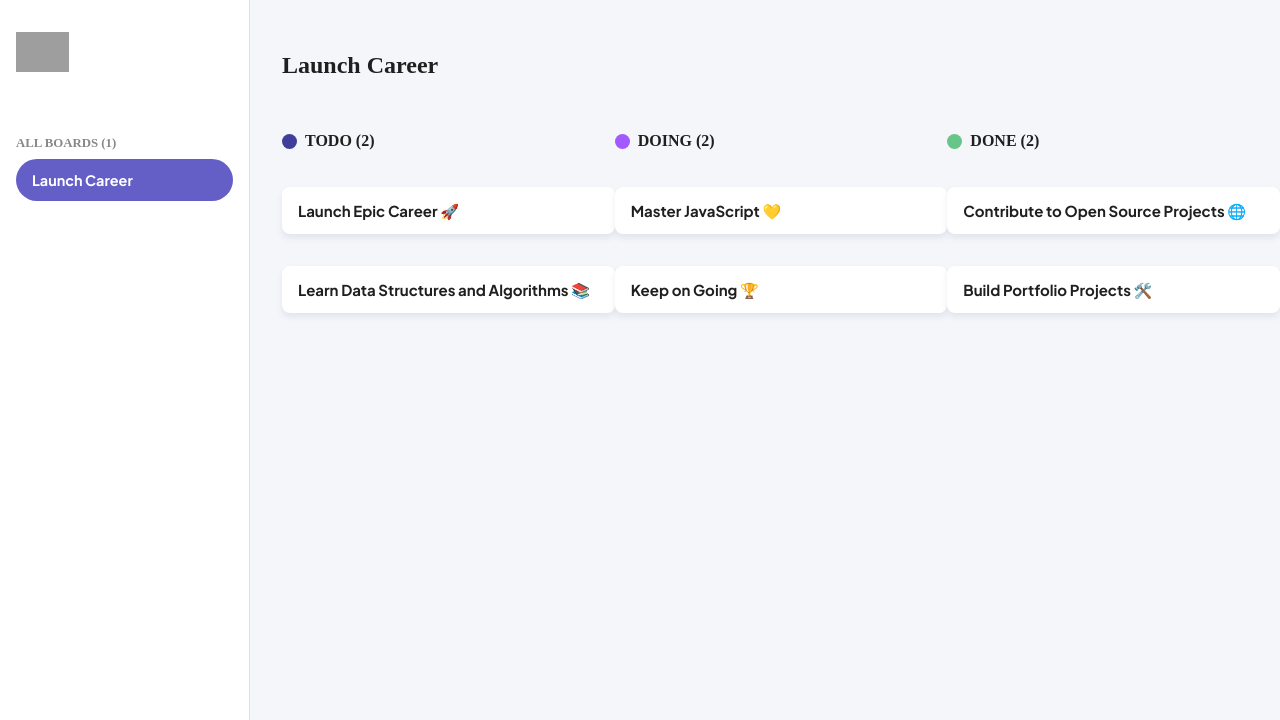
Repository: andajonas/ANDJON25111_fto2502_A2_Anda_Jonas_JSL01
Page: index.html
The author's editor kept a copy of each file at every save. The page is drawn from the files as they stood at one save, then again after a run of saves.
The browser window is 1280 px wide. The pictures show the whole page.
Pictures or frames that could not be fetched are drawn as grey boxes.

Above is the page before, as saved 2025-04-25 13:12:40.

After the next 2 saves:
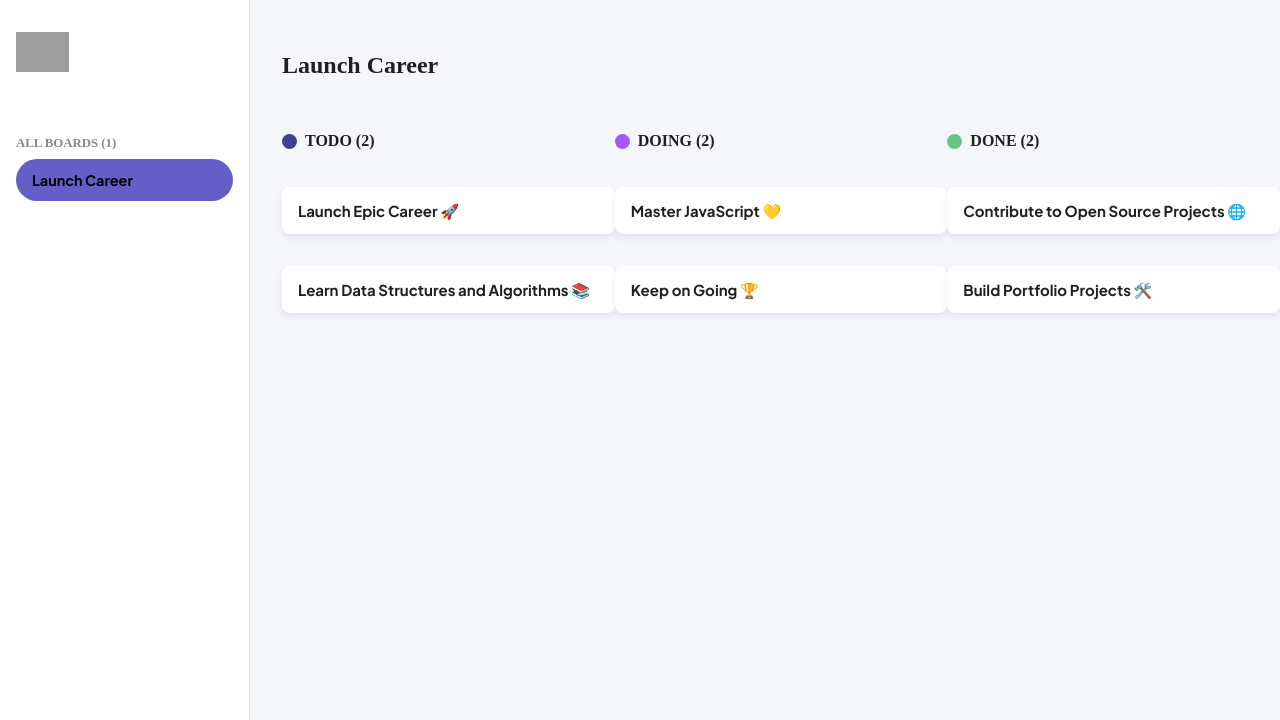
The 2 saves are shown as one change because they came seconds apart.
The last was saved 8 s later.
--- a/style.css
+++ b/style.css
@@ -33,12 +33,11 @@
     margin: 2rem 0 0.5rem;
   }
   .board-btn {
-    background-color: #635FC7;         /* Purple background */
-    color: white;                      /* White text */
+    background-color: #635FC7;
     border: none;
     padding: 0.75rem 1rem;
     font-weight: 600;
-    border-radius: 24px;               /* Fully rounded look */
+    border-radius: 24px;
     cursor: pointer;
     text-align: left;
     width: 100%;
